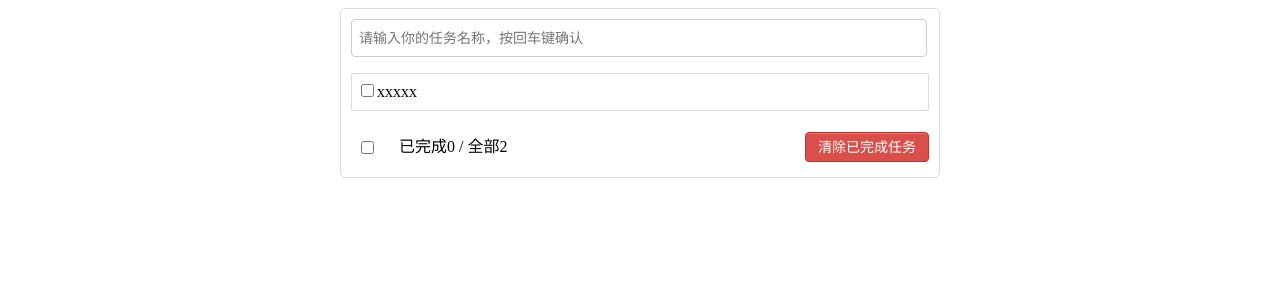
Repository: Crow7277/Vue2-
Page: /
These files come from the project's save history. The page is drawn as it stood at one moment and after the next save; the edit follows.
The browser window is 1280 px wide. The pictures show the whole page.
The project was rebuilt for these pictures with package versions that can differ from the ones it lists, and the page was loaded fresh each time. Also part of the build but not shown: vue.config.js.

Above is the page before, as saved 2022-04-02 20:39:40.

### public/index.html
<!DOCTYPE html>
<html lang="">

<head>
  <meta charset="utf-8">
  <!-- 针对IE浏览器，让IE浏览器以最高的渲染级别渲染页面 -->
  <meta http-equiv="X-UA-Compatible" content="IE=edge">
  <!-- 开启移动端的理想视口 -->
  <meta name="viewport" content="width=device-width,initial-scale=1.0">
  <!-- 页签图标 -->
  <!-- <%= BASE_URL %>表示public文件夹所在路径 -->
  <link rel="icon" href="<%= BASE_URL %>favicon.ico">
  <title>
    <%= htmlWebpackPlugin.options.title %>
  </title>
</head>

<body>
  <!-- 当浏览器不支持js时，浏览器就会显示noscript中的内容 -->
  <noscript>
    <strong>We're sorry but <%= htmlWebpackPlugin.options.title %> doesn't work properly without JavaScript enabled.
        Please enable it to continue.</strong>
  </noscript>
  <!-- 容器 -->
  <div id="app"></div>
  <!-- built files will be auto injected -->
</body>

</html>

### src/main.js
// 引入Vue
import Vue from 'vue';
// 引入App
import App from './App.vue';

// 关闭生产环境提示
Vue.config.productionTip = false;

// 创建Vue
new Vue({
    el: '#app',
    render: h => h(App),
});

### src/App.vue
<template>
    <div id="root">
        <div class="todo-container">
            <div class="todo-wrap">
                <MyHeader />
                <MyList />
                <MyFooter />
            </div>
        </div>
    </div>
</template>

<script>
// 引入Student组件
import MyHeader from './components/MyHeader.vue';
import MyList from './components/MyList.vue';
import MyFooter from './components/MyFooter.vue';

export default {
    name: 'App',
    data() {
        return {
            msg: '欢迎学习Vue',
        };
    },
    components: {
        MyHeader,
        MyList,
        MyFooter,
    },
};
</script>
<style lang="css">
/*base*/
body {
    background: #fff;
}

.btn {
    display: inline-block;
    padding: 4px 12px;
    margin-bottom: 0;
    font-size: 14px;
    line-height: 20px;
    text-align: center;
    vertical-align: middle;
    cursor: pointer;
    box-shadow: inset 0 1px 0 rgba(255, 255, 255, 0.2), 0 1px 2px rgba(0, 0, 0, 0.05);
    border-radius: 4px;
}

.btn-danger {
    color: #fff;
    background-color: #da4f49;
    border: 1px solid #bd362f;
}

.btn-danger:hover {
    color: #fff;
    background-color: #bd362f;
}

.btn:focus {
    outline: none;
}

.todo-container {
    width: 600px;
    margin: 0 auto;
}
.todo-container .todo-wrap {
    padding: 10px;
    border: 1px solid #ddd;
    border-radius: 5px;
}




/*item*/
li {
    list-style: none;
    height: 36px;
    line-height: 36px;
    padding: 0 5px;
    border-bottom: 1px solid #ddd;
}

li label {
    float: left;
    cursor: pointer;
}

li label li input {
    vertical-align: middle;
    margin-right: 6px;
    position: relative;
    top: -1px;
}

li button {
    float: right;
    display: none;
    margin-top: 3px;
}

li:before {
    content: initial;
}

li:last-child {
    border-bottom: none;
}

/*footer*/
.todo-footer {
    height: 40px;
    line-height: 40px;
    padding-left: 6px;
    margin-top: 5px;
}

.todo-footer label {
    display: inline-block;
    margin-right: 20px;
    cursor: pointer;
}

.todo-footer label input {
    position: relative;
    top: -1px;
    vertical-align: middle;
    margin-right: 5px;
}

.todo-footer button {
    float: right;
    margin-top: 5px;
}
</style>

### src/components/MyHeader.vue
<template>
    <div class="todo-header">
        <input type="text" placeholder="请输入你的任务名称，按回车键确认" />
    </div>
</template>

<script>
export default {
    name: 'MyHeader',
};
</script>

<style scoped>
/*header*/
.todo-header input {
    width: 560px;
    height: 28px;
    font-size: 14px;
    border: 1px solid #ccc;
    border-radius: 4px;
    padding: 4px 7px;
}

.todo-header input:focus {
    outline: none;
    border-color: rgba(82, 168, 236, 0.8);
    box-shadow: inset 0 1px 1px rgba(0, 0, 0, 0.075), 0 0 8px rgba(82, 168, 236, 0.6);
}
</style>

### src/components/MyList.vue
<template>
    <ul class="todo-main">
        <MyItem />
    </ul>
</template>

<script>
import MyItem from './MyItem.vue';
export default {
    name: 'MyList',
    components: { MyItem },
};
</script>

<style scoped>
/*main*/
.todo-main {
    margin-left: 0px;
    border: 1px solid #ddd;
    border-radius: 2px;
    padding: 0px;
}

.todo-empty {
    height: 40px;
    line-height: 40px;
    border: 1px solid #ddd;
    border-radius: 2px;
    padding-left: 5px;
    margin-top: 10px;
}
</style>

### src/components/MyFooter.vue
<template>
    <div class="todo-footer">
        <label>
            <input type="checkbox" />
        </label>
        <span>
            <span>已完成0</span>
            / 全部2
        </span>
        <button class="btn btn-danger">清除已完成任务</button>
    </div>
</template>

<script>
export default {
    name: 'MyFooter',
};
</script>

<style scoped></style>

### src/components/MyItem.vue
<template>
    <li>
        <label>
            <input type="checkbox" />
            <span>xxxxx</span>
        </label>
        <button class="btn btn-danger" style="display: none">删除</button>
    </li>
</template>

<script>
export default {
    name: 'MyItem',
};
</script>

<style scoped></style>

After the next save:
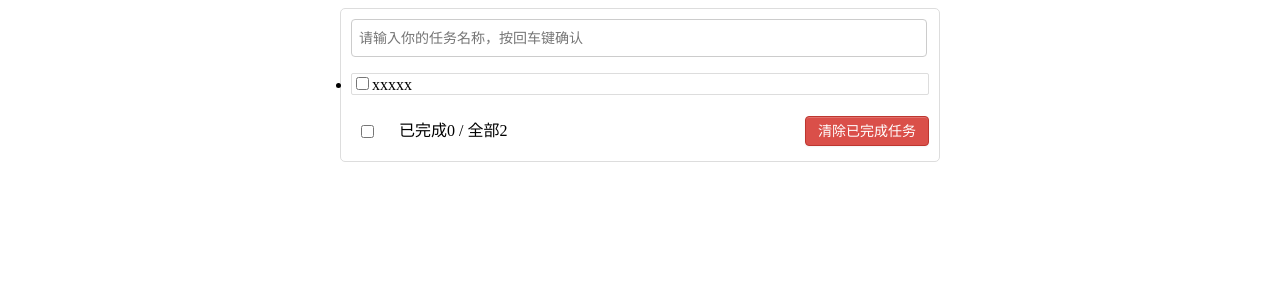
Saved 7 s later.
--- a/src/App.vue
+++ b/src/App.vue
@@ -77,40 +77,6 @@ body {
 
 
 
-/*item*/
-li {
-    list-style: none;
-    height: 36px;
-    line-height: 36px;
-    padding: 0 5px;
-    border-bottom: 1px solid #ddd;
-}
-
-li label {
-    float: left;
-    cursor: pointer;
-}
-
-li label li input {
-    vertical-align: middle;
-    margin-right: 6px;
-    position: relative;
-    top: -1px;
-}
-
-li button {
-    float: right;
-    display: none;
-    margin-top: 3px;
-}
-
-li:before {
-    content: initial;
-}
-
-li:last-child {
-    border-bottom: none;
-}
 
 /*footer*/
 .todo-footer {

After the save that followed:
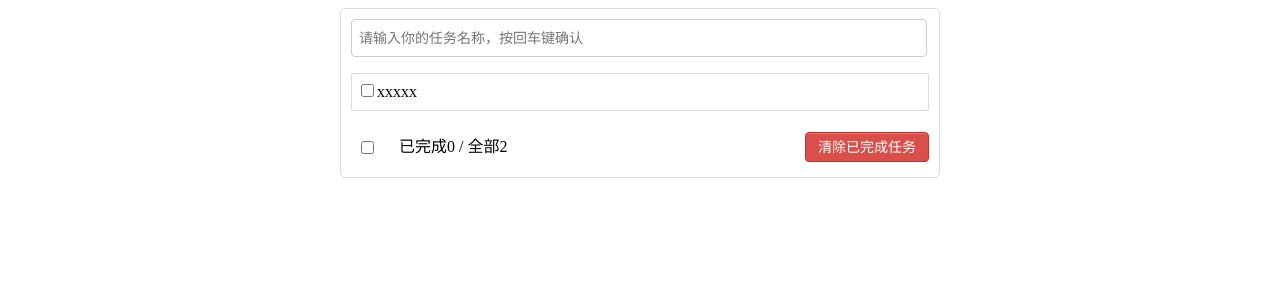
Saved 4 s later.
--- a/src/components/MyItem.vue
+++ b/src/components/MyItem.vue
@@ -14,4 +14,39 @@ export default {
 };
 </script>
 
-<style scoped></style>
+<style scoped>
+/*item*/
+li {
+    list-style: none;
+    height: 36px;
+    line-height: 36px;
+    padding: 0 5px;
+    border-bottom: 1px solid #ddd;
+}
+
+li label {
+    float: left;
+    cursor: pointer;
+}
+
+li label li input {
+    vertical-align: middle;
+    margin-right: 6px;
+    position: relative;
+    top: -1px;
+}
+
+li button {
+    float: right;
+    display: none;
+    margin-top: 3px;
+}
+
+li:before {
+    content: initial;
+}
+
+li:last-child {
+    border-bottom: none;
+}
+</style>
